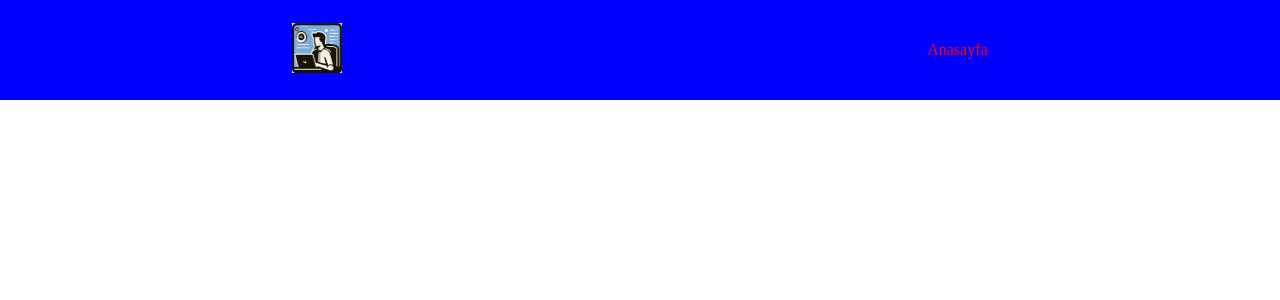
Repository: 0hasandemirtas/react-odev
Page: /
An editor plug-in stored every save of this project. The page is shown before and after the next save, followed by the edit.
The browser window is 1280 px wide. The pictures show the whole page.
The project was rebuilt for these pictures with package versions that can differ from the ones it lists, and the page was loaded fresh each time.

Above is the page before, as saved 2024-06-13 12:37:20.

### src/index.css
body {
  margin: 0;

}

### src/App.js

import './App.css';
import Header from "./components/header";

function App() {
  return (
    <div className="App">

     <Header/>
    </div>
  );
}

export default App;

### src/App.css
.App {
  text-align: center;
}
.App-header {
  background-color: #282c34;
  min-height: 100vh;
  display: flex;
  flex-direction: column;
  align-items: center;
  justify-content: center;
  color: white;
}

.App-link {
  color: #61dafb;
}

### src/components/header/index.js
import React from 'react'
import useStyles from './stylesheet'

const Header = ()=>{
  const classes = useStyles();
  return (
    <div className={classes.container}>
      <div>
          <img className={classes.logo} src="./src/images/logo2.png"/>
      </div>
      <div><a>Anasayfa</a></div>

    </div>
  )
}

export default Header

### src/components/header/stylesheet.js
import {
    createUseStyles
} from "react-jss";

const useStyles = createUseStyles({
    container:{
        display:"flex",
        width:"100%",
        height:"100px",
        backgroundColor:"blue",
        color:"red",
        alignItems:"center",
        justifyContent:"space-around"
    },
    contentContainer:{
        display:"flex",
        justifyContent:"space-between",
        width:"100%"
    },
    logo:{
        width:"50px",
        height:"50px"
    }
},
{
    name: "header-component"
});

export default useStyles;

Loaded but not shown: public/index.html (common file); src/index.js (common file)

After the next save:
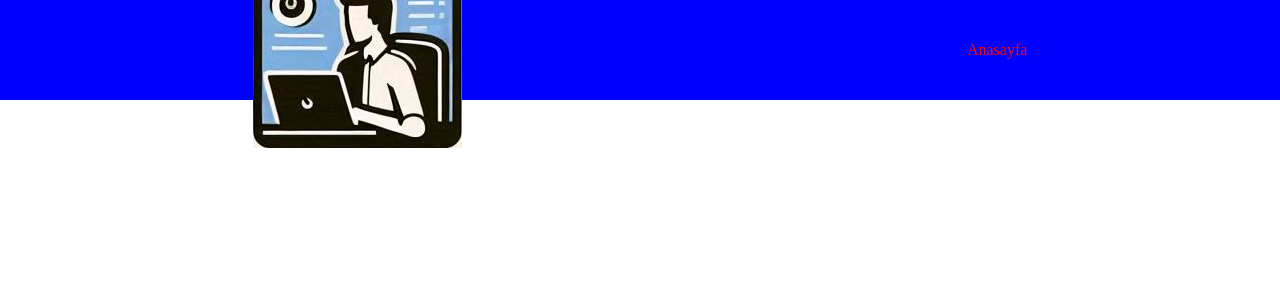
Saved 22 min 20 s later.
--- a/src/components/header/index.js
+++ b/src/components/header/index.js
@@ -6,7 +6,7 @@ const Header = ()=>{
   return (
     <div className={classes.container}>
       <div>
-          <img className={classes.logo} src="./src/images/logo2.png"/>
+          <img src="./src/images/logo2.png"/>
       </div>
       <div><a>Anasayfa</a></div>
 
